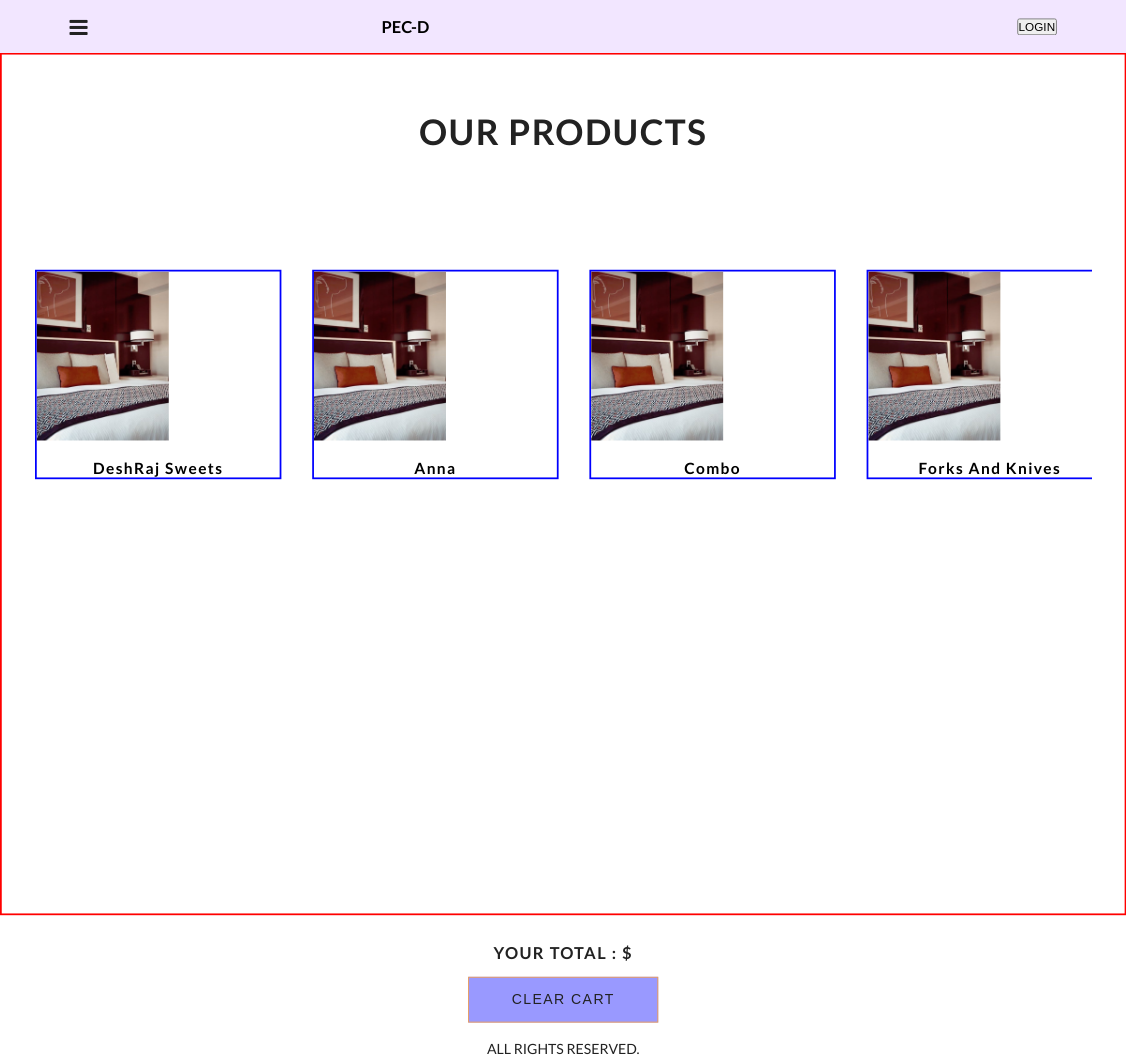
Repository: CHIR4G7/PEC-D
Page: public/index.html
The author's editor kept a copy of each file at every save. The page is drawn from the files as they stood at one save, then again after the next save.
The browser window is 1280 px wide. The pictures show the whole page, at 88% of full size.

Above is the page before, as saved 2023-07-08 01:50:05.

After the next save:
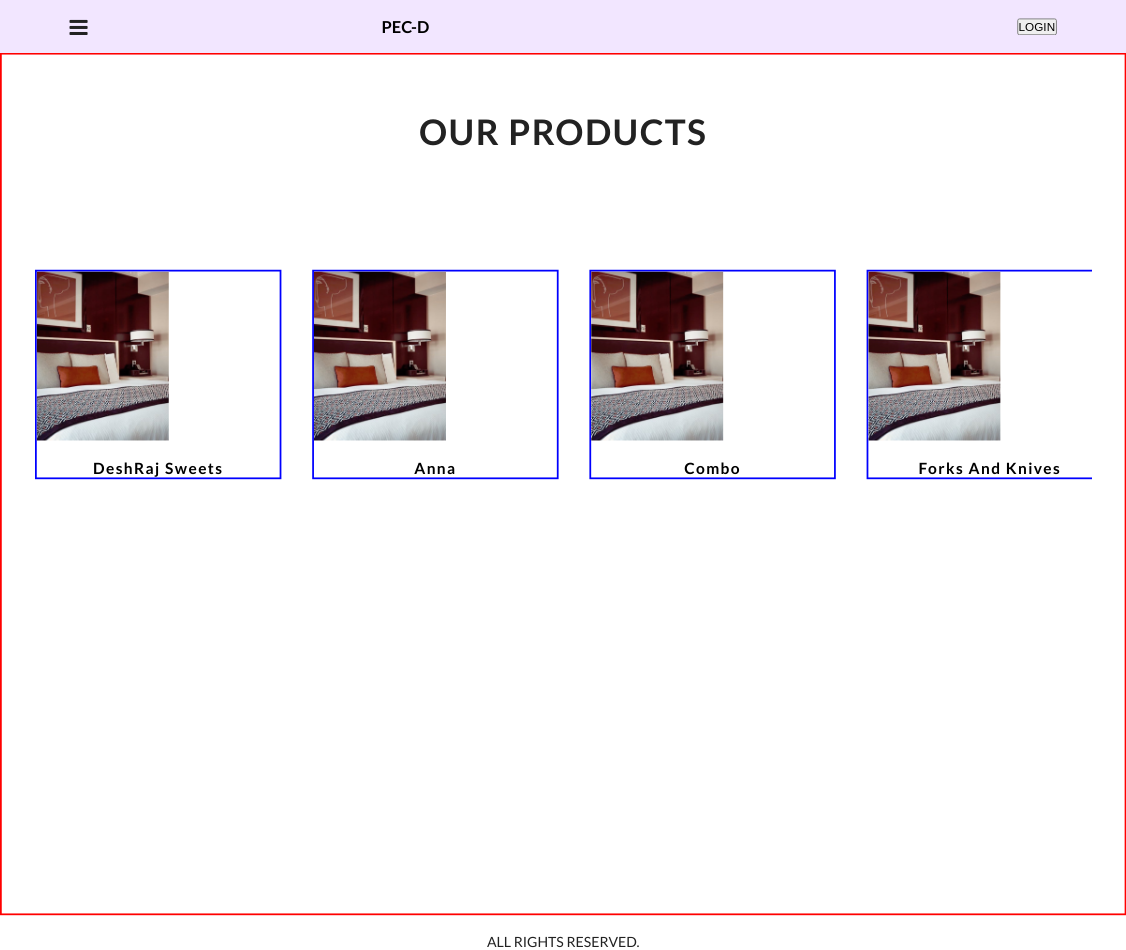
Saved 40 s later.
--- a/public/index.html
+++ b/public/index.html
@@ -237,12 +237,12 @@
 
             </div>
 
-            <div class="cart-footer">
+            <!-- <div class="cart-footer">
                 <h3>YOUR TOTAL : $ <span class="cart-total"></span></h3>
                 <button class="clear-cart banner-btn">CLEAR CART</button>
             </div>
 
-        </div>
+        </div> -->
     </div>
     <!-- CART ENDS -->
     <!-- FOOOTER -->
